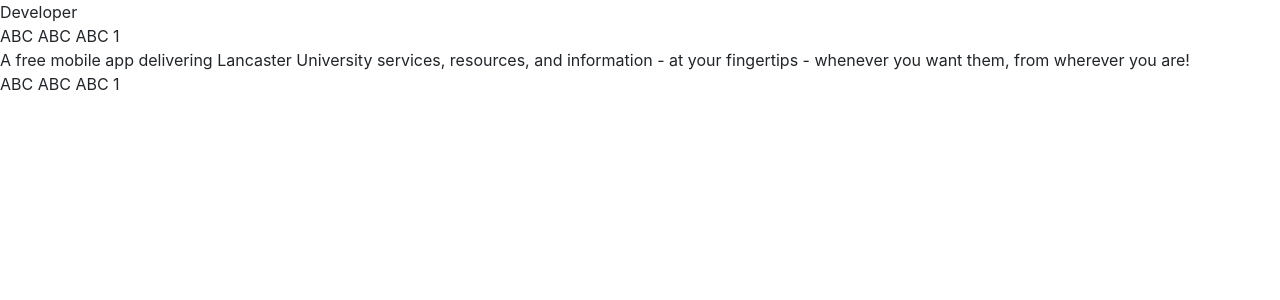
Repository: khoibanh113/mycv
Page: /
An editor plug-in stored every save of this project. The page is shown before and after the next save, followed by the edit.
The browser window is 1280 px wide. The pictures show the whole page.
The project was rebuilt for these pictures with package versions that can differ from the ones it lists, and the page was loaded fresh each time. Also part of the build but not shown: src/css/avatar.css, src/component/avatar.js, src/css/contact.css, src/component/contact.js, src/component/study.js.

Above is the page before, as saved 2021-03-31 09:02:15.

After the next save:
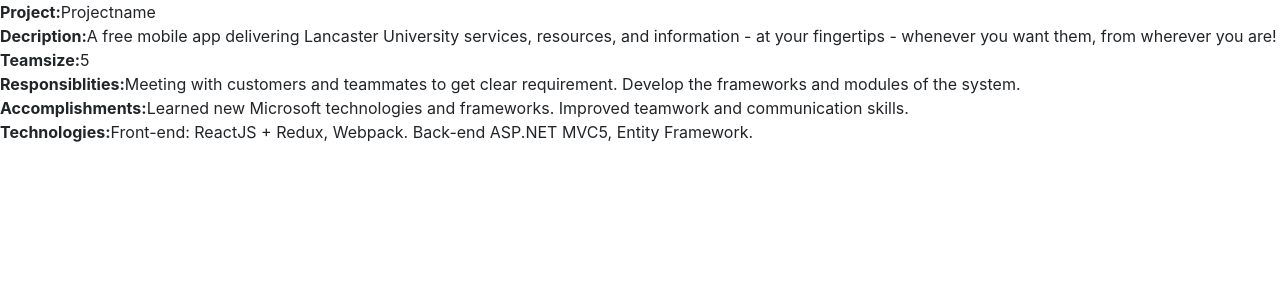
Saved 81 min 27 s later.
--- a/src/component/experience.js
+++ b/src/component/experience.js
@@ -6,10 +6,33 @@
     render(){
         return(
             <div className='container-experience'>
-                <div className='project-role'>Developer</div>
-                <div className='project-name'>ABC ABC ABC 1</div>
-                <div className='project-decription'>A free mobile app delivering Lancaster University services, resources, and information - at your fingertips - whenever you want them, from wherever you are!</div>
-                <div className='project-name'>ABC ABC ABC 1</div>
+                <div className='project-name'>
+                    <b>Project:</b>
+                    <span>Projectname</span>
+                </div>
+                <div className='project-decription'>
+                    <b>Decription:</b>
+                    <span>
+                    A free mobile app delivering Lancaster University services, resources, and information - at your fingertips - whenever you want them, from wherever you are!
+                    </span>
+                </div>
+                <div className='project-size'>
+                    <b>Teamsize:</b>
+                    <span>5</span>
+                </div>
+                <div className='project-responsiblities'>
+                    <b>Responsiblities:</b>
+                    <span>Meeting with customers and teammates to get clear requirement. Develop the frameworks and modules of the system.</span>
+                </div>
+                <div className='project-accomplishments'>
+                    <b>Accomplishments:</b>
+                    <span>Learned new Microsoft technologies and frameworks. Improved teamwork and communication skills.</span>
+                </div>
+                <div className='project-technologies'>
+                    <b>Technologies:</b>
+                    <span>Front-end: ReactJS + Redux, Webpack. Back-end ASP.NET MVC5, Entity Framework.</span>
+                </div>
+
 
             </div>
         )
